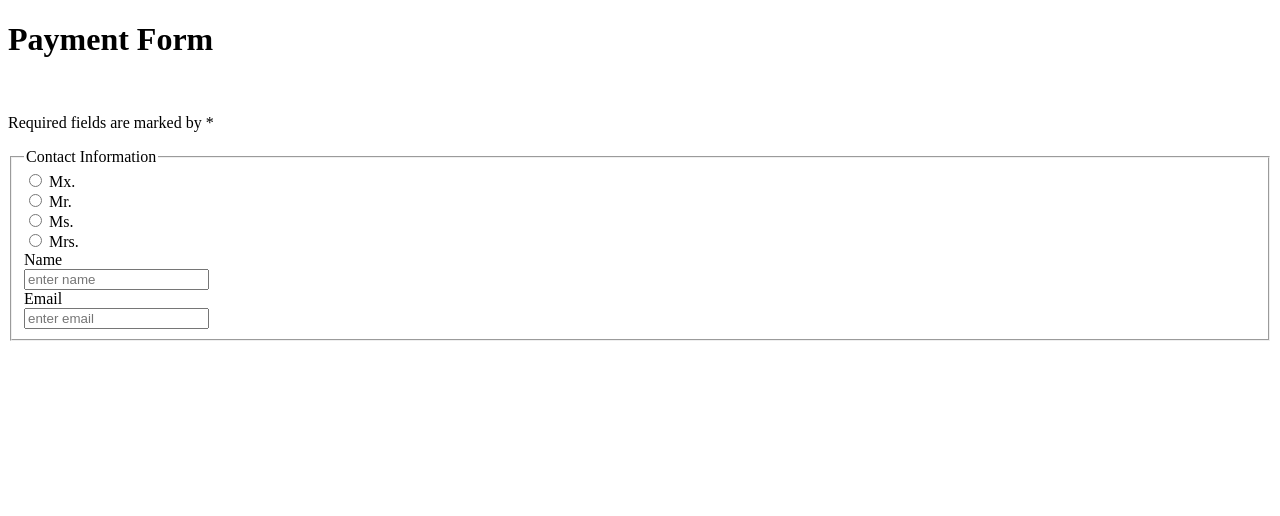
Repository: 10-2-pursuit/lab-intro-to-forms
Page: index.html
The author's editor kept a copy of each file at every save. The page is drawn from the files as they stood at one save, then again after a run of saves.
The browser window is 1280 px wide. The pictures show the whole page.

Above is the page before, as saved 2023-06-13 21:32:38.

### index.html
<!DOCTYPE html>
<html lang="en">
<head>
    <meta charset="UTF-8">
    <meta name="viewport" content="width=device-width, initial-scale=1.0">
    <title>Payment Form</title>
</head>
<body>
    <h1>Payment Form</h1>
    <br>
    <p>Required fields are marked by *</p>
    <form action="#" method="post">
        <fieldset>
            <legend>Contact Information</legend>
            <input type="radio" name="prefixMx." id="prefixMx." >
           <label for="Mx.">Mx.</label>
           <br>
           <input type="radio" name="prefix" id="prefixMr.">
           <label for="Mr.">Mr.</label>
           <br>
           <input type="radio" name="prefixMs." id="prefixMs." >
           <label for="Ms.">Ms.</label>
           <br>
           <input type="radio" name="prefixMrs." id="prefixMrs.">
           <label for="Mrs.">Mrs.</label>
            <br>
           <label for="name">Name</label>
           <br>
           <input type="text" name="name" id="Name" placeholder="enter name" required>
           <br>
           <label for="email">Email</label>
           <br>
           <input type="email" name="email" id="Email" placeholder="enter email" required>



        </fieldset>
    </form>


</body>
</html>

After the next 2 saves:
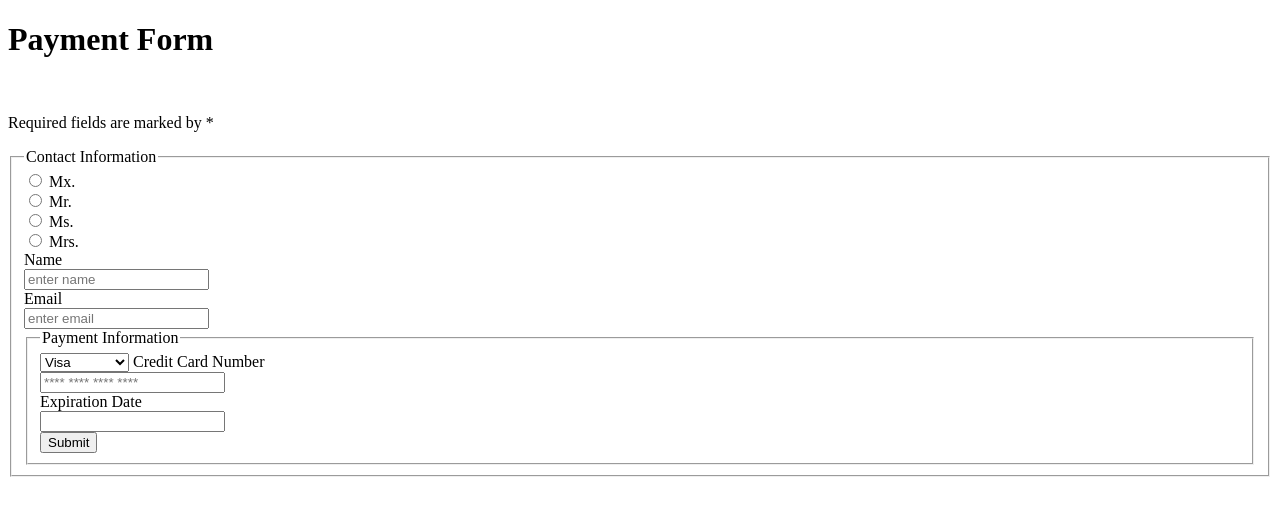
The 2 saves are shown as one change because they came seconds apart.
The last was saved 7 min 46 s later.
--- a/index.html
+++ b/index.html
@@ -31,7 +31,23 @@
            <label for="email">Email</label>
            <br>
            <input type="email" name="email" id="Email" placeholder="enter email" required>
-
+           <fieldset>
+            <legend>Payment Information</legend>
+        <select id="coder-confidence" name="coder-confidence">
+            <option value="1">Visa</option>
+            <option value="2">Mastercard</option>
+            <option value="3">Amex</option>
+        </select>
+            <label for="credit-card-number">Credit Card Number</label>
+            <br>
+            <input type="number"  id="number" placeholder="**** **** **** ****" required>
+            <br>
+            <label for="expiration-date">Expiration Date</label>
+            <br>
+            <input type="number" id="number"
+        </fieldset>
+            <br>
+        <input type="submit">
 
 
         </fieldset>
